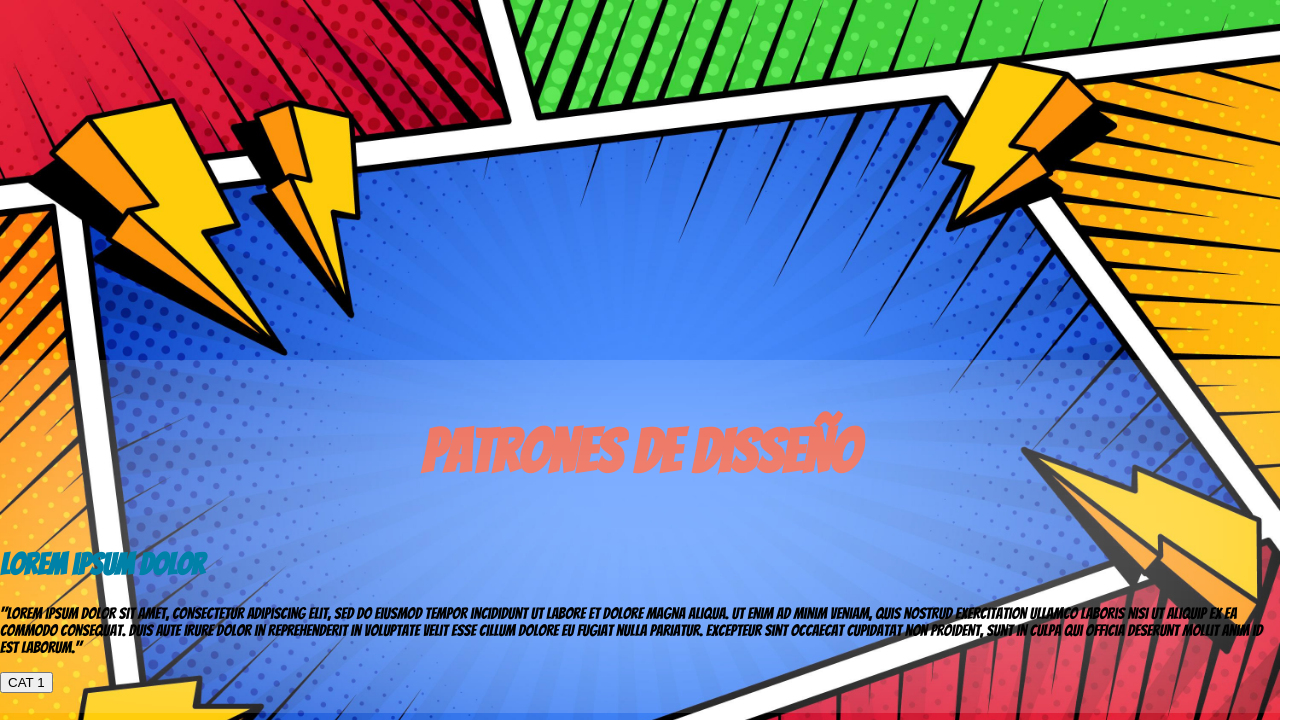
Repository: nrsWebs/design-pattern-es
Page: index.html
These files come from the project's save history. The page is drawn as it stood at one moment and after the next save; the edit follows.
The browser window is 1280 px wide. The page is 1300 px wide, so the pictures cover 1300 px, including what lies to the right of the window. The pictures show the whole page.

Above is the page before, as saved 2021-02-06 19:48:23.

After the next save:
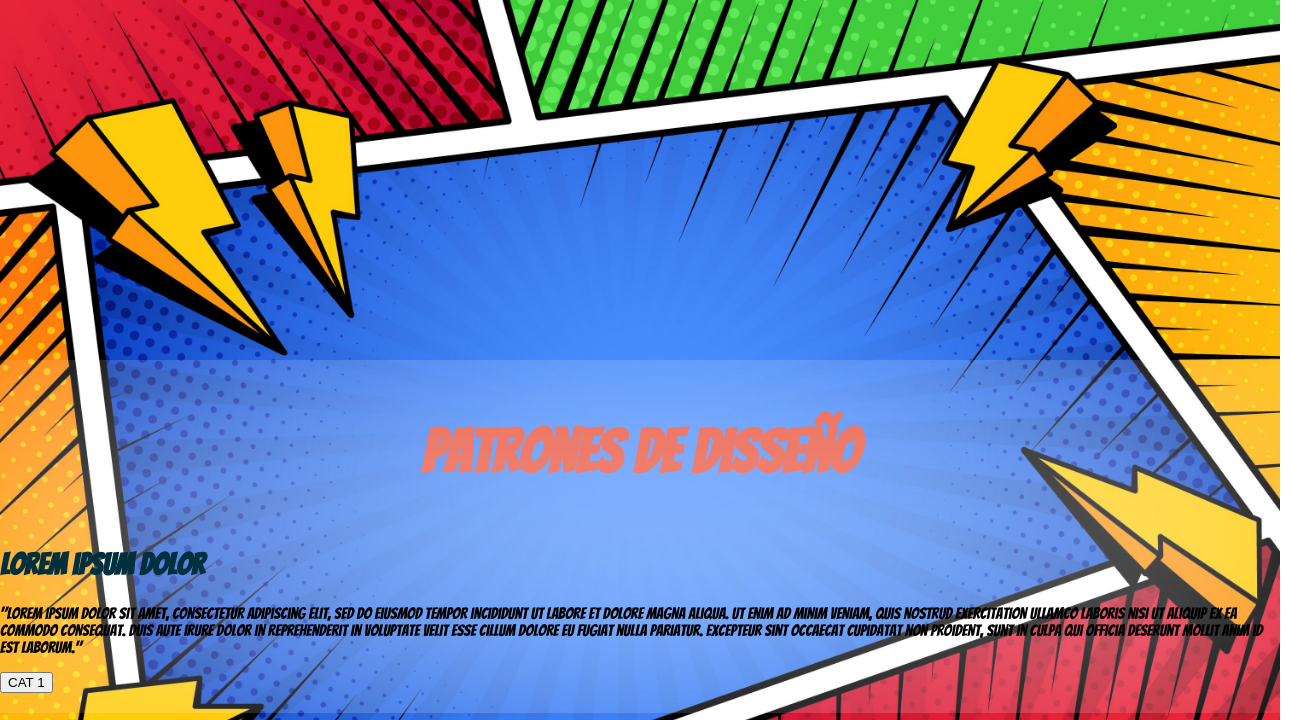
Saved 18 s later.
--- a/source/main.css
+++ b/source/main.css
@@ -1,7 +1,7 @@
 :root {
     --main: #000;
     --secondary:  #E94F37;
-    --auxiliar: #0081A7;
+    --auxiliar: #002F3D;
 }
 body .hidden-container{
     display: none;;
